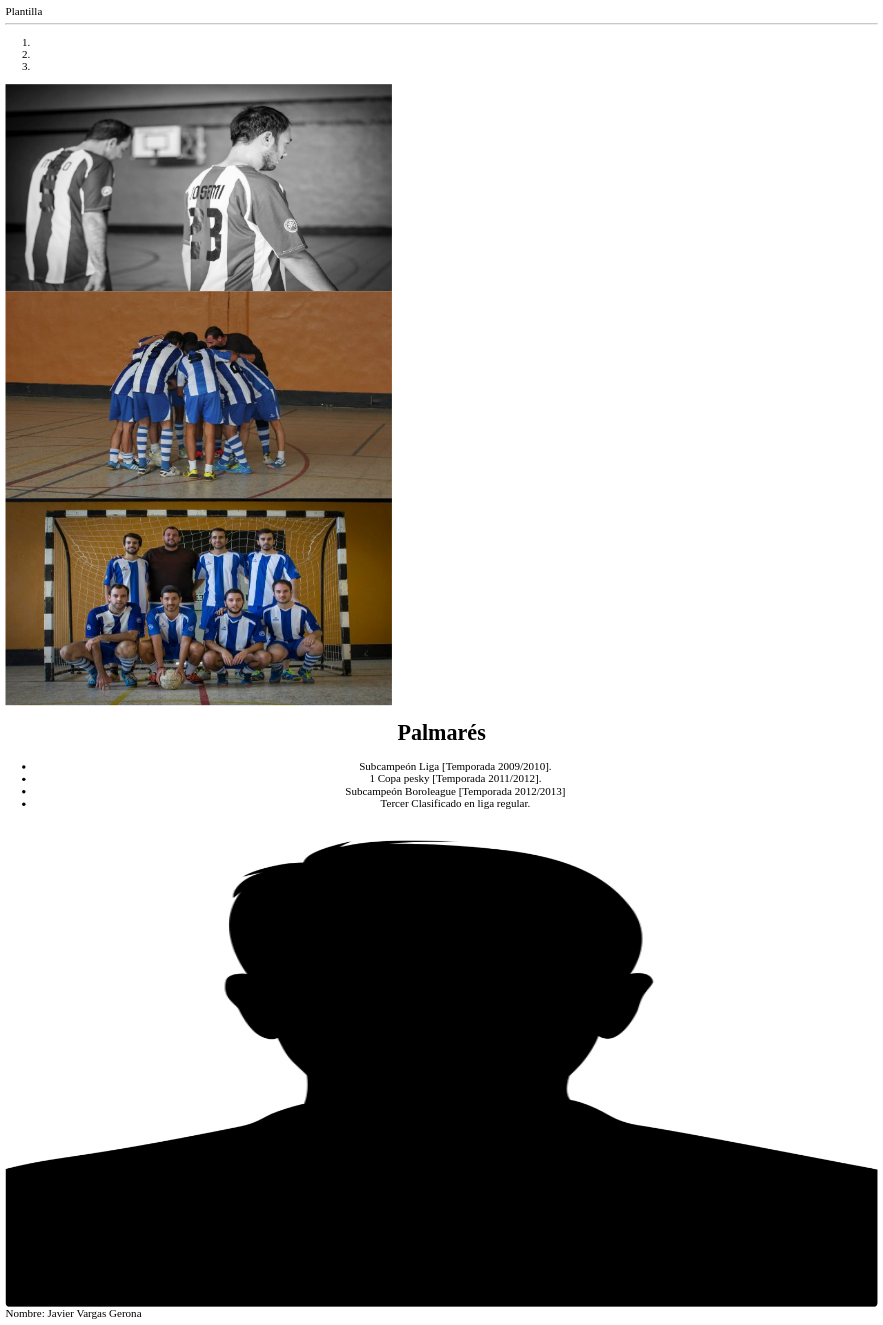
Repository: DiegoGodoy/atletiblue
Page: app/views/plantilla.html
The author's editor kept a record of every edit. The page is drawn from the files as they stood at one moment, then again after the next edit.
The browser window is 1280 px wide. The pictures show the whole page, at 69% of full size.

Above is the page before.

After the next edit:
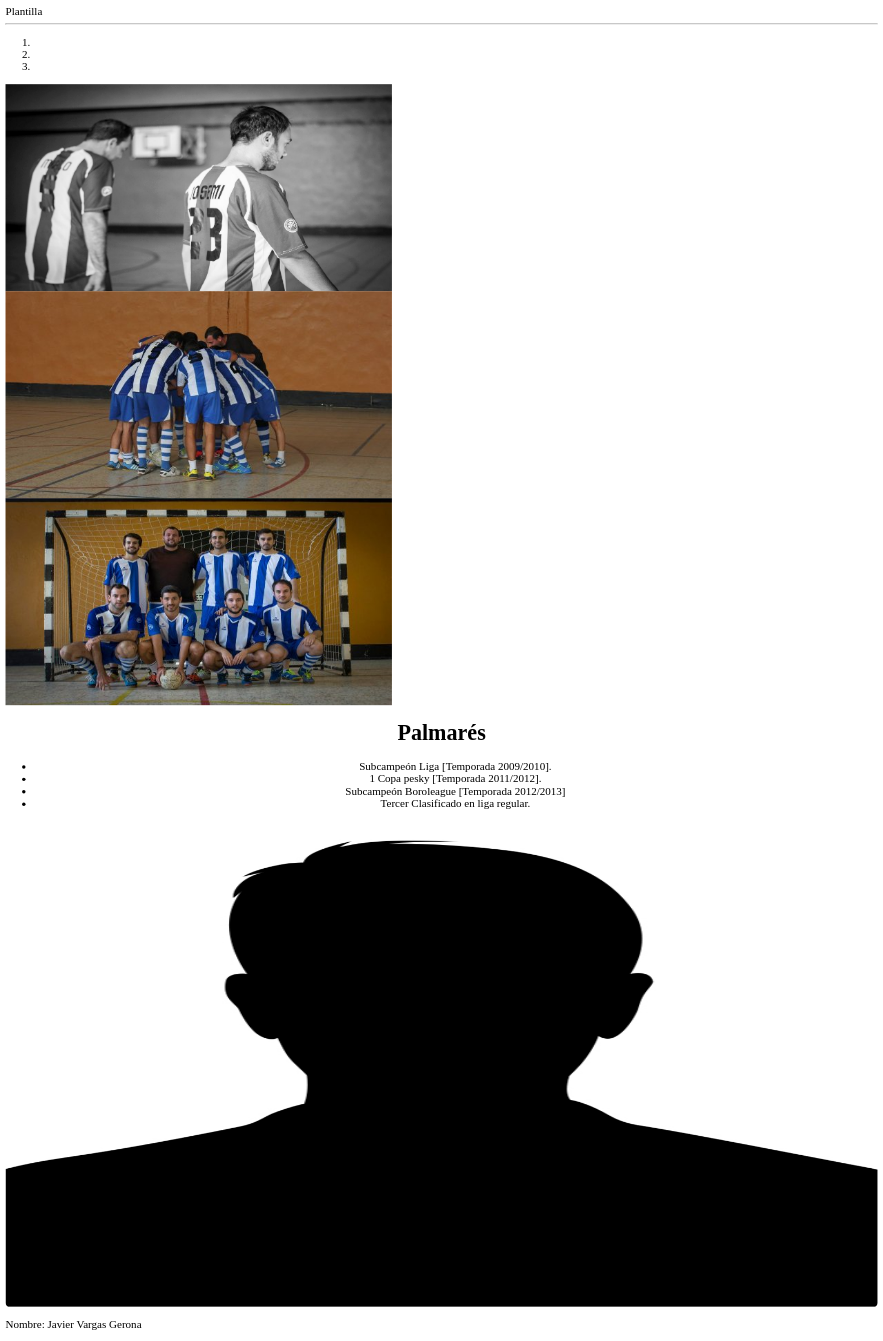
The edit:
--- a/app/views/plantilla.html
+++ b/app/views/plantilla.html
@@ -65,7 +65,7 @@
                                             </div>
                                         </div>
                                         <div class="panel-footer">
-                                            <span class="pull-left">Nombre: Javier Vargas Gerona</span><br>
+                                            <p class="pull-left">Nombre: Javier Vargas Gerona</p>
                                         </div>
                                     </div>
                                 </div>
